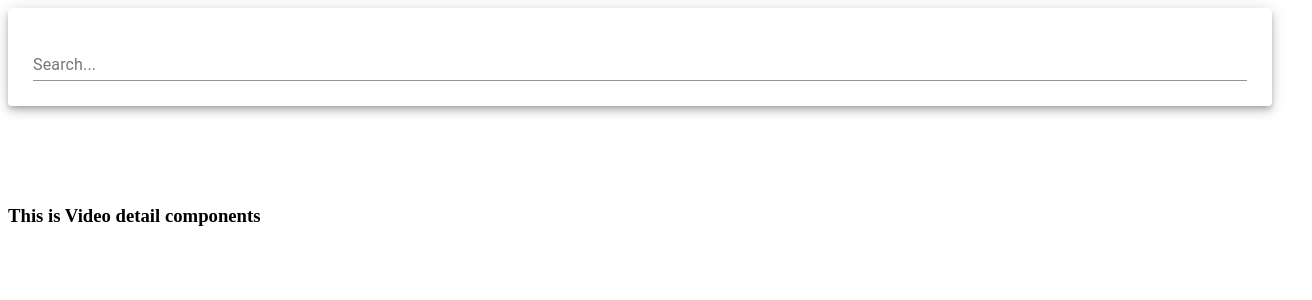
Repository: Vickydew1/YouTube_Clone
Page: /
These files come from the project's save history. The page is drawn as it stood at one moment and after a run of saves; the edit follows.
The browser window is 1280 px wide. The page is 1312 px wide, so the pictures cover 1312 px, including what lies to the right of the window. The pictures show the whole page.
The project was rebuilt for these pictures with package versions that can differ from the ones it lists, and the page was loaded fresh each time.

Above is the page before, as saved 2022-03-02 09:48:51.

### src/App.js
import React from "react";
import youtube from "./api/youtube";
import { Grid } from "@material-ui/core";

import { SearchBar, VideoDetail } from "./components";

// import { VideoList } from "./components/VideoList";

class App extends React.Component {
  state = {
    video: [],
    selectedVideo: null,
  };
  handleSubmit = async (searchTerm) => {
    const response = await youtube.get("search", {
      params: {
        part: "snippet",
        maxResults: 5,
        key: "AIzaSyAXLDQR2yjJdQyC_Hruacd21UQA1x5q95Y",
        q: searchTerm,
      },
    });

    this.setState({
      video: response.data.items,
      selectedVideo: response.data.items[0],
    });
  };

  render() {
    const { selectedVideo } = this.state;
    return (
      <Grid justifyContent="center" container spacing={10}>
        <Grid item xs={12}>
          <Grid container spacing={10}>
            <Grid item xs={12}>
              <SearchBar onFormSubmit={this.handleSubmit} />
            </Grid>
            <Grid item xs={8}>
              <VideoDetail video={selectedVideo} />
            </Grid>
            <Grid item xs={4}>
              {/*  {video List}  */}
            </Grid>
          </Grid>
        </Grid>
      </Grid>
    );
  }
}

export default App;

### src/components/index.js
export { default as SearchBar } from "./SearchBar";
export { default as VideoDetail } from "./VideoDetail";

### src/components/SearchBar.js
import React from "react";

import { Paper, TextField } from "@material-ui/core";

class SearchBar extends React.Component {
  state = {
    searchTerm: "",
  };

  handleChange = (event) => {
    this.setState({
      searchTerm: event.target.value,
    });
  };

  handleSubmit = () => {
    const { searchTerm } = this.state;
    const { onFormSubmit } = this.props;

    onFormSubmit(searchTerm);

    // eslint-disable-next-line no-restricted-globals
    event.preventDefault();
  };

  render() {
    return (
      <Paper elevation={6} style={{ padding: "25px" }}>
        <form onSubmit={this.handleSubmit}>
          <TextField fullWidth label="Search..." onChange={this.handleChange} />
        </form>
      </Paper>
    );
  }
}

export default SearchBar;

### src/components/VideoDetail.js
import React from "react";

class VideoDetail extends React.Component {
  render() {
    return <h3>This is Video detail components</h3>;
  }
}

export default VideoDetail;

Loaded but not shown: public/index.html (common file); src/index.js (common file); src/api/youtube.js (common file)

After the next 2 saves:
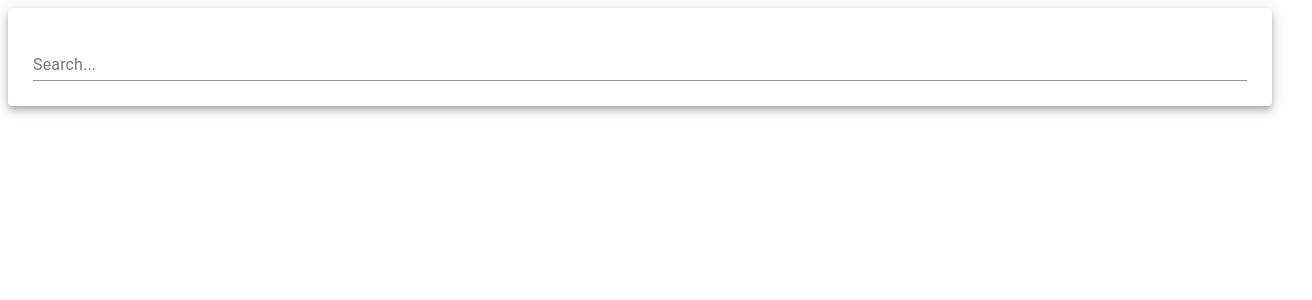
The 2 saves are shown as one change because 1 did not build or start.
The last was saved 5 min 41 s later.
--- a/src/components/VideoDetail.js
+++ b/src/components/VideoDetail.js
@@ -1,9 +1,13 @@
 import React from "react";
+import { Paper, Typography } from "@material-ui/core";
 
-class VideoDetail extends React.Component {
-  render() {
-    return <h3>This is Video detail components</h3>;
-  }
-}
+const VideoDetail = ({ video }) => {
+  return (
+    <React.Fragment>
+      <Paper></Paper>
+      <Paper></Paper>
+    </React.Fragment>
+  );
+};
 
 export default VideoDetail;
